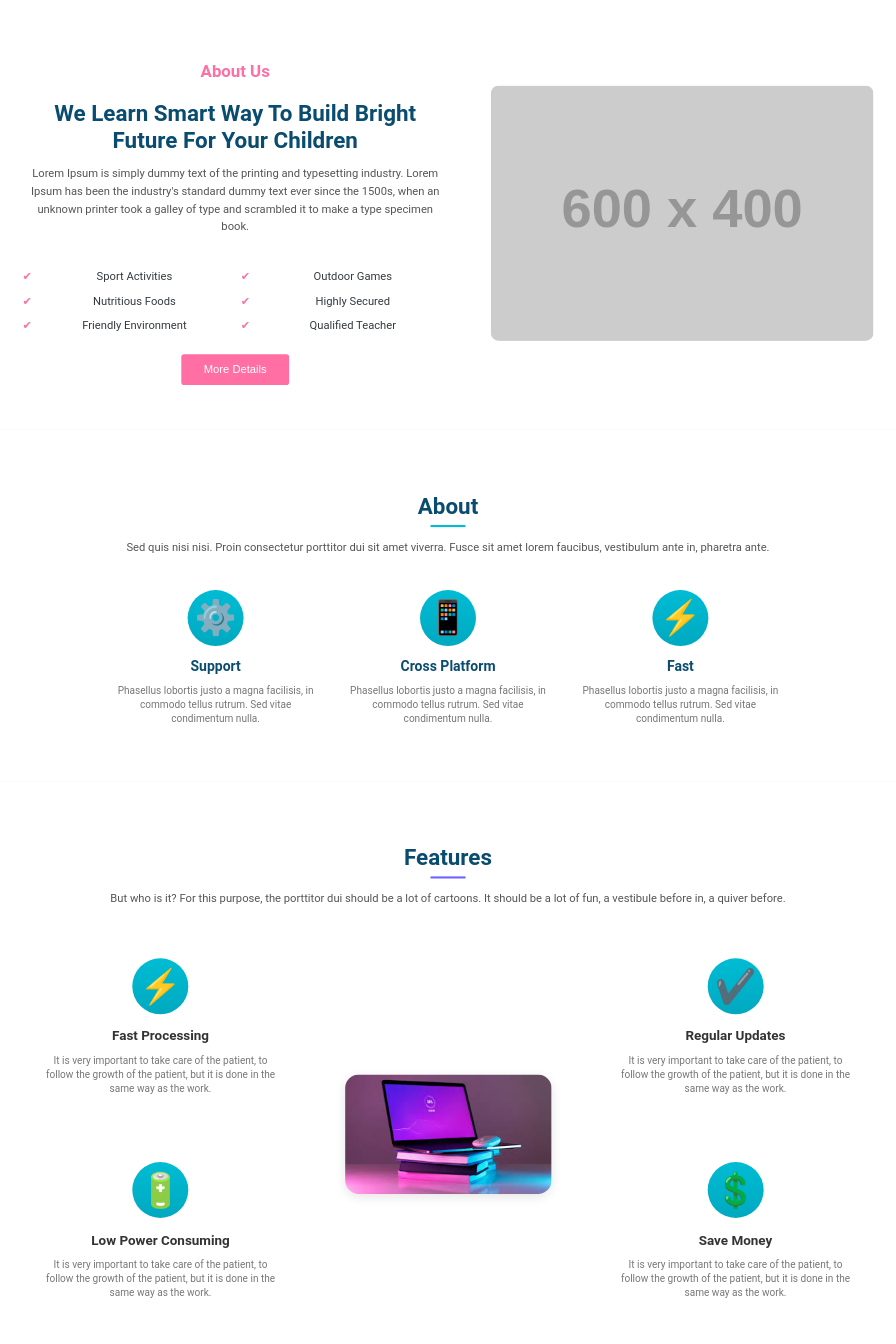
Repository: gautamsonam011/Institute
Page: /
An editor plug-in stored every save of this project. The page is shown before and after the next save, followed by the edit.
The browser window is 1280 px wide. The pictures show the part of the page from y = 0 to 1920 px (the page is 3487 px tall before and 3549 px after), at 70% of full size.
The project was rebuilt for these pictures with package versions that can differ from the ones it lists, and the page was loaded fresh each time. Also part of the build but not shown: vite.config.js, src/Header.jsx, src/Sidebar.jsx, src/Home.jsx, src/students/Addstudent.jsx, src/students/allstudent.css, src/students/Allstudents.jsx, src/Fee management/feehead.css and 9 more.

Above is the page before, as saved 2024-11-28 10:45:15.

### src/components/Last.jsx
import React from 'react'
import Navbar from './Navbar';
import Main from './Main';
import About from './About';
import Features from './Features';
import Team from './Team';
import Contact from './Contact'
import Footer from './Footer';

const Last = () => {
  return (
    <div>
      {/* <Navbar/> */}
      <Main/>
      <About/>
      <Features/>
      <Team/>
      <Contact/>
      <Footer/>
    </div>
  )
}

export default Last

### src/students/addstudent.css
.form-container {
    width: 96%;
    margin: auto;
    padding: 20px;
    border: 1px solid #ccc;
    border-radius: 10px;
    background-color: #e0f7fa;
    box-shadow: 0 4px 10px rgba(0, 0, 0, 0.1);
  }

  h2 {
    color: #047d8d;
    text-align: center;
    margin-bottom: 20px;
    font-size: 1.5rem;
  }

  .form-group {
    margin-bottom: 20px;
  }

  label {
    display: block;
    font-weight: bold;
    color: #047d8d;
    margin-bottom: 5px;
  }

  input, select, textarea {
    width: 98%;
    padding: 12px;
    margin-top: 5px;
    border: 1px solid #b0bec5;
    border-radius: 4px;
    font-size: 1rem;
    transition: border-color 0.3s;
  }

  input:focus, select:focus, textarea:focus {
    border-color: #047d8d;
    outline: none;
  }

  button {
    padding: 10px 20px;
    background-color: #047d8d;
    color: white;
    border: none;
    cursor: pointer;
    font-size: 16px;
  }

  button:active {
    background-color: #64bdc9;;
  }

### src/components/Main.jsx
import React from "react";
import "./main.css";

const AboutSection = () => {
  return (
    <div className="about-section">
      <div className="about-content">
        <h3 className="about-heading">About Us</h3>
        <h2 className="about-title">
          We Learn Smart Way To Build Bright Future For Your Children
        </h2>
        <p className="about-description">
          Lorem Ipsum is simply dummy text of the printing and typesetting
          industry. Lorem Ipsum has been the industry's standard dummy text
          ever since the 1500s, when an unknown printer took a galley of type
          and scrambled it to make a type specimen book.
        </p>
        <ul className="about-list">
          <li>Sport Activities</li>
          <li>Outdoor Games</li>
          <li>Nutritious Foods</li>
          <li>Highly Secured</li>
          <li>Friendly Environment</li>
          <li>Qualified Teacher</li>
        </ul>
        <button className="about-button">More Details</button>
      </div>
      <div className="about-image-container">
        <img
          src="https://via.placeholder.com/600x400" /* Replace with actual image URL */
          alt="Children learning"
          className="about-image"
        />
      </div>
    </div>
  );
};

export default AboutSection;

### src/components/About.jsx
import React from "react";
import "./about.css";

const About = () => {
  return (
    <section className="about-section" id="about">
      <div className="about-container">
        <h2 className="about-title">About</h2>
        <hr className="about-divider" />
        <p className="about-description">
          Sed quis nisi nisi. Proin consectetur porttitor dui sit amet viverra.
          Fusce sit amet lorem faucibus, vestibulum ante in, pharetra ante.
        </p>
        <div className="about-features">
          <div className="feature">
            <div className="feature-icon support-icon"></div>
            <h3>Support</h3>
            <p>
              Phasellus lobortis justo a magna facilisis, in commodo tellus
              rutrum. Sed vitae condimentum nulla.
            </p>
          </div>
          <div className="feature">
            <div className="feature-icon cross-platform-icon"></div>
            <h3>Cross Platform</h3>
            <p>
              Phasellus lobortis justo a magna facilisis, in commodo tellus
              rutrum. Sed vitae condimentum nulla.
            </p>
          </div>
          <div className="feature">
            <div className="feature-icon fast-icon"></div>
            <h3>Fast</h3>
            <p>
              Phasellus lobortis justo a magna facilisis, in commodo tellus
              rutrum. Sed vitae condimentum nulla.
            </p>
          </div>
        </div>
      </div>
    </section>
  );
};

export default About;

### src/components/Features.jsx
import React from "react";
import "./features.css";
import feature from '../assets/feature.jpeg'

const FeaturesPage = () => {
  const featuresLeft = [
    {
      title: "Fast Processing",
      description:
        "It is very important to take care of the patient, to follow the growth of the patient, but it is done in the same way as the work.",
      icon: "⚡",
    },
    {
      title: "Low Power Consuming",
      description:
        "It is very important to take care of the patient, to follow the growth of the patient, but it is done in the same way as the work.",
      icon: "🔋",
    },
  ];

  const featuresRight = [
    {
      title: "Regular Updates",
      description:
        "It is very important to take care of the patient, to follow the growth of the patient, but it is done in the same way as the work.",
      icon: "✔️",
    },
    {
      title: "Save Money",
      description:
        "It is very important to take care of the patient, to follow the growth of the patient, but it is done in the same way as the work.",
      icon: "💲",
    },
  ];

  return (
    <div className="features-section" id="features">
      <div className="features-container">
        <h2 className="features-title">Features</h2>
        <div className="features-divider"></div>
        <p className="features-description">
          But who is it? For this purpose, the porttitor dui should be a lot of
          cartoons. It should be a lot of fun, a vestibule before in, a quiver
          before.
        </p>

        <div className="features-content">
          <div className="features-column">
            {featuresLeft.map((feature, index) => (
              <div className="feature-card" key={index}>
                <div className="feature-icon">{feature.icon}</div>
                <h3 className="feature-title">{feature.title}</h3>
                <p className="feature-description">{feature.description}</p>
              </div>
            ))}
          </div>

          <div className="features-image">
            <img src={feature} alt="Mobile" />
          </div>

          <div className="features-column">
            {featuresRight.map((feature, index) => (
              <div className="feature-card" key={index}>
                <div className="feature-icon">{feature.icon}</div>
                <h3 className="feature-title">{feature.title}</h3>
                <p className="feature-description">{feature.description}</p>
              </div>
            ))}
          </div>
        </div>
      </div>
    </div>
  );
};

export default FeaturesPage;

### src/components/Team.jsx
import React from "react";
import "./team.css";
import user1 from '../assets/user1.jpg';
import user2 from '../assets/user2.jpg';
import user3 from '../assets/user3.jpg'

const OurTeam = () => {
  const teamMembers = [
    {
      name: "Jane Doe",
      image: user1, // Replace with the correct image path
      title: "Web Developer",
    },
    {
      name: "John Smith",
      image: user2, // Replace with the correct image path
      title: "UI/UX Designer",
    },
    {
      name: "Mike Johnson",
      image: user3, // Replace with the correct image path
      title: "Project Manager",
    },
  ];

  return (
    <section className="our-team">
      <div className="container">
        <h2 className="team-heading">Our Team</h2>
        <p className="team-description">
          Sed quis nisi nisi. Proin consectetur porttitor dui sit amet viverra. Fusce sit amet lorem faucibus, vestibulum ante in, pharetra ante.
        </p>
        <div className="team-members">
          {teamMembers.map((member, index) => (
            <div key={index} className="team-member">
              <img
                src={member.image}
                alt={member.name}
                className="team-member-img"
              />
              <h3 className="member-name">{member.name}</h3>
              <p className="member-title">{member.title}</p>
            </div>
          ))}
        </div>
      </div>
    </section>
  );
};

export default OurTeam;

### src/components/Contact.jsx
import React from "react";
import "./contact.css";

const ContactUs = () => {
  return (
    <section className="contact-us" id="contact">
      <div className="container">
        <h2 className="contact-heading">Contact us</h2>
        <p className="contact-description">
          Sed quis nisi nisi. Proin consectetur porttitor dui sit amet viverra. Fusce sit amet lorem faucibus, vestibulum ante in, pharetra ante.
        </p>
        <div className="contact-content">
          {/* Left: Contact Form */}
          <form className="contact-form">
            <div className="form-row">
              <input
                type="text"
                placeholder="Full Name"
                className="form-input"
              />
              <input type="email" placeholder="Email" className="form-input" />
            </div>
            <div className="form-row">
              <input type="text" placeholder="Subject" className="form-input" />
            </div>
            <div className="form-row">
              <textarea
                placeholder="Message"
                className="form-textarea"
              ></textarea>
            </div>
            <button type="submit" className="form-submit">
              SUBMIT
            </button>
          </form>
          {/* Right: Contact Info */}
          <div className="contact-info">
            <div className="info-box">
              <p>
                <strong>ADDRESS</strong>
                <br />
                New Delhi, India
              </p>
            </div>
            <div className="info-box">
              <p>
                <strong>PHONE</strong>
                <br />
                009900990099
              </p>
            </div>
            <div className="info-box">
              <p>
                <strong>E-MAIL</strong>
                <br />
                yogesh@gmail.com
              </p>
            </div>
            <div className="info-box">
              <p>
                <strong>WORKING HOURS</strong>
                <br />
                Mon-Fri 9.00 AM to 5.00 PM
              </p>
            </div>
          </div>
        </div>
      </div>
    </section>
  );
};

export default ContactUs;

### src/components/Footer.jsx
import React from "react";
import "./footer.css";

const Footer = () => {
  return (
    <footer className="footer">
      <div className="container">
        <div className="footer-content">
          {/* About Section */}
          <div className="footer-section">
            <h3>About Us</h3>
            <p>
              We provide excellent training services and certifications. Our goal is to help you grow professionally and achieve your career goals.
            </p>
          </div>
          {/* Quick Links */}
          <div className="footer-section">
            <h3>Quick Links</h3>
            <ul className="footer-links">
              <li><a href="#home">Home</a></li>
              <li><a href="#about">About</a></li>
              <li><a href="#features">Features</a></li>
              <li><a href="#contact">Contact</a></li>
            </ul>
          </div>
          {/* Contact Info */}
          <div className="footer-section">
            <h3>Contact Us</h3>
            <p>New Delhi, India</p>
            <p>Phone: 009900990099</p>
            <p>Email: info@example.com</p>
          </div>
        </div>
        {/* Social Media */}
        <div className="footer-social">
          <a href="#" className="social-icon">
            <i className="fab fa-facebook-f"></i>
          </a>
          <a href="#" className="social-icon">
            <i className="fab fa-twitter"></i>
          </a>
          <a href="#" className="social-icon">
            <i className="fab fa-instagram"></i>
          </a>
          <a href="#" className="social-icon">
            <i className="fab fa-linkedin-in"></i>
          </a>
        </div>
        {/* Footer Bottom */}
        <div className="footer-bottom">
          <p>© 2024 Your Company. All Rights Reserved.</p>
        </div>
      </div>
    </footer>
  );
};

export default Footer;

### src/components/main.css
/* About Section Styling */
.about-section {
  display: flex;
  align-items: center;
  justify-content: space-between;
  gap: 2rem;
  padding: 3rem;
  background-color: #fefefe;
  flex-wrap: wrap; /* Makes it responsive */
}

.about-content {
  max-width: 50%;
}

.about-heading {
  color: #ff6fa3;
  font-size: 1.5rem;
  font-weight: 600;
  margin-bottom: 1rem;
}

.about-title {
  font-size: 2.5rem;
  font-weight: 700;
  margin-bottom: 1.5rem;
  color: #343a40;
}

.about-description {
  font-size: 1rem;
  line-height: 1.8;
  margin-bottom: 1.5rem;
  color: #555;
}

.about-list {
  display: grid;
  grid-template-columns: repeat(2, 1fr);
  gap: 1rem;
  margin-bottom: 2rem;
  list-style: none;
  padding: 0;
}

.about-list li {
  font-size: 1rem;
  color: #343a40;
  position: relative;
  padding-left: 1.5rem;
}

.about-list li::before {
  content: "✔";
  position: absolute;
  left: 0;
  color: #ff6fa3;
}

.about-button {
  background-color: #ff6fa3;
  color: white;
  border: none;
  border-radius: 4px;
  padding: 0.8rem 2rem;
  font-size: 1rem;
  cursor: pointer;
}

.about-image-container {
  position: relative;
  max-width: 45%;
}

.about-image {
  width: 100%;
  border-radius: 12px;
}

/* .play-button {
  position: absolute;
  top: 50%;
  left: 50%;
  transform: translate(-50%, -50%);
  background-color: rgba(255, 255, 255, 0.8);
  border-radius: 50%;
  width: 70px;
  height: 70px;
  display: flex;
  align-items: center;
  justify-content: center;
  font-size: 1.5rem;
  color: #ff6fa3;
  cursor: pointer;
} */

/* Responsive Design */
@media (max-width: 768px) {
  .about-section {
    flex-direction: column;
    text-align: center;
    padding: 1.5rem;
  }

  .about-content {
    max-width: 100%;
  }

  .about-image-container {
    max-width: 100%;
  }
}

### src/components/about.css
.about-section {
    padding: 4rem 2rem;
    text-align: center;
    background-color: white;
  }

  .about-container {
    max-width: 1200px;
    margin: 0 auto;
  }

  .about-title {
    font-size: 2rem;
    color: #0a4c70;
    font-weight: bold;
    margin-bottom: 0.5rem;
  }

  .about-divider {
    width: 50px;
    height: 3px;
    background-color: #00bcd4;
    border: none;
    margin: 0.5rem auto;
  }

  .about-description {
    font-size: 1rem;
    color: #555;
    margin: 1rem 0 3rem;
    line-height: 1.6;
  }

  .about-features {
    display: flex;
    justify-content: center;
    gap: 2rem;
    flex-wrap: wrap;
  }

  .feature {
    text-align: center;
    max-width: 300px;
  }

  .feature-icon {
    width: 80px;
    height: 80px;
    margin: 0 auto 1rem;
    border-radius: 50%;
    background: linear-gradient(to bottom, #00bcd4, #00a9c0);
    display: flex;
    justify-content: center;
    align-items: center;
    font-size: 2rem;
    color: white;
    transition: transform 0.3s ease, background-color 0.3s ease;
  }

  .feature-icon:hover {
    transform: scale(1.2); /* Enlarges the icon on hover */
    background: linear-gradient(to bottom, #00a9c0, #00bcd4); /* Reverses the gradient */
    cursor: pointer;
  }

  .support-icon::before {
    content: "⚙️"; /* Replace with an actual image or icon if desired */
  }

  .cross-platform-icon::before {
    content: "📱"; /* Replace with an actual image or icon if desired */
  }

  .fast-icon::before {
    content: "⚡"; /* Replace with an actual image or icon if desired */
  }

  .feature h3 {
    font-size: 1.25rem;
    color: #0a4c70;
    margin: 0.5rem 0;
  }

  .feature p {
    font-size: 0.9rem;
    color: #777;
    line-height: 1.4;
  }

### src/components/features.css
.features-section {
    padding: 4rem 2rem;
    text-align: center;
    background-color: white;
  }

  .features-container {
    max-width: 1200px;
    margin: 0 auto;
  }

  .features-title {
    font-size: 2rem;
    color: #0a4c70;
    font-weight: bold;
    margin-bottom: 0.5rem;
  }

  .features-divider {
    width: 50px;
    height: 3px;
    background-color: #6c63ff;
    margin: 0.5rem auto 1rem;
  }

  .features-description {
    font-size: 1rem;
    color: #555;
    margin-bottom: 3rem;
    line-height: 1.6;
  }

  .features-content {
    display: flex;
    align-items: center;
    justify-content: space-between;
    gap: 2rem;
  }

  .features-column {
    display: flex;
    flex-direction: column;
    gap: 2rem;
    flex: 1;
  }

  .feature-card {
    text-align: center;
    padding: 1.5rem;
    /* border: 1px solid #ddd; */
    /* border-radius: 10px;
    background: #f9f9f9; */
    transition: transform 0.3s ease, box-shadow 0.3s ease;
  }

  .feature-card:hover {
    transform: translateY(-10px);
    box-shadow: 0 8px 20px rgba(0, 0, 0, 0.15);
  }

  .feature-icon {
    font-size: 3rem;
    color: #6c63ff;
    margin-bottom: 1rem;
  }

  .feature-title {
    font-size: 1.2rem;
    color: #333;
    font-weight: bold;
    margin-bottom: 0.5rem;
  }

  .feature-description {
    font-size: 0.9rem;
    color: #777;
    line-height: 1.4;
  }

  .features-image {
    flex: 1;
    display: flex;
    justify-content: center;
    align-items: center;
  }

  .features-image img {
    max-width: 100%;
    height: auto;
    border-radius: 20px;
    box-shadow: 0 4px 15px rgba(0, 0, 0, 0.1);
  }

### src/components/team.css
.our-team {
    text-align: center;
    padding: 50px 20px;
    background-color: #f9f9f9;
  }

  .team-heading {
    font-size: 2rem;
    color: #0a4c70;
    font-weight: bold;
    margin-bottom: 20px;
  }

  .team-description {
    color: #555;
    font-size: 1rem;
    margin-bottom: 40px;
  }

  .team-members {
    display: flex;
    justify-content: center;
    gap: 60px; /* Increased gap between images */
    flex-wrap: wrap;
  }

  .team-member {
    max-width: 250px; /* Allows for a larger size */
    text-align: center;
  }

  .team-member-img {
    width: 150px; /* Larger circle size */
    height: 150px; /* Match width for a perfect circle */
    border-radius: 50%;
    object-fit: cover;
    margin-bottom: 15px;
    border: 3px solid #ddd; /* Optional: Add a border for better appearance */
  }

  .member-name {
    font-size: 1rem;
    font-weight: bold;
    color: #333;
    margin-top: 10px;
  }

  .member-title {
    font-size: 0.9rem;
    color: #777;
  }

### src/components/contact.css
.contact-us {
    text-align: center;
    padding: 70px 40px;
    background-color: #f9f9f9;
  }

  .contact-heading {
    font-size: 2rem;
    color: #0a4c70;
    font-weight: bold;
    margin-bottom: 10px;
  }

  .contact-description {
    color: #555;
    font-size: 1rem;
    margin-bottom: 40px;
  }

  .contact-content {
    display: flex;
    justify-content: space-between;
    gap: 20px;
    flex-wrap: wrap;
    max-width: 1200px; /* Restrict max width */
    margin: 0 auto; /* Center content horizontally */
  }

  .contact-form {
    flex: 1;
    max-width: 60%;
  }

  .contact-info {
    flex: 1;
    max-width: 30%;
    background: #e0f7fa;
    padding: 20px;
    border-radius: 10px;
  }

  .form-row {
    display: flex;
    gap: 10px;
    margin-bottom: 15px;
  }

  .form-input {
    width: 100%;
    padding: 10px;
    border: 1px solid #ddd;
    border-radius: 25px;
  }

  .form-textarea {
    width: 100%;
    padding: 10px;
    height: 100px;
    border: 1px solid #ddd;
    border-radius: 5px;
  }

  .form-submit {
    width: 100%;
    padding: 10px;
    background: #0a4c70;
    color: white;
    border: none;
    border-radius: 5px;
    cursor: pointer;
    font-weight: bold;
  }

  .info-box {
    text-align: left;
    margin-bottom: 15px;
  }

  .info-box p {
    margin: 0;
    color: #333;
  }

  .info-box strong {
    display: block;
    margin-bottom: 5px;
    color: #0a4c70;
  }

### src/components/footer.css
.footer {
    background-color: #0a4c70;
    color: white;
    padding: 40px 20px;
    text-align: center;
  }

  .container {
    max-width: 1200px;
    margin: 0 auto;
  }

  .footer-content {
    display: flex;
    justify-content: space-between;
    flex-wrap: wrap;
    margin-bottom: 20px;
  }

  .footer-section {
    flex: 1;
    min-width: 200px;
    margin: 10px;
  }

  .footer-section h3 {
    font-size: 1.2rem;
    margin-bottom: 10px;
    color: #e0f7fa;
  }

  .footer-section p,
  .footer-section a {
    font-size: 0.9rem;
    color: white;
    line-height: 1.6;
  }

  .footer-section a {
    text-decoration: none;
    color: #e0f7fa;
  }

  .footer-section a:hover {
    text-decoration: underline;
  }

  .footer-links {
    list-style: none;
    padding: 0;
  }

  .footer-links li {
    margin-bottom: 8px;
  }

  .footer-links a {
    color: white;
    text-decoration: none;
  }

  .footer-links a:hover {
    text-decoration: underline;
  }

  .footer-social {
    margin: 20px 0;
  }

  .social-icon {
    margin: 0 10px;
    font-size: 1.2rem;
    color: white;
    text-decoration: none;
  }

  .social-icon:hover {
    color: #e0f7fa;
  }

  .footer-bottom {
    border-top: 1px solid #e0f7fa;
    padding-top: 10px;
    font-size: 0.8rem;
    color: #e0f7fa;
  }

### src/components/navbar.css
/* Navbar styles */
.navbar {
  display: flex;
  justify-content: space-between;
  align-items: center;
  padding: 10px 20px;
  background-color: #f3f0f0;
}

.navbar .logo img {
  width: 50px;
}

.navbar .nav-links {
  display: flex;
  gap: 20px;
}

.navbar .nav-links ul {
  list-style: none;
  margin: 0;
  padding: 0;
  display: flex;
}

.navbar .nav-links li a {
  color: rgb(2, 2, 2);
  text-decoration: none;
  padding: 10px 20px;
}

.navbar .hamburger {
  display: none;
  cursor: pointer;
}

.navbar .hamburger .bar {
  width: 25px;
  height: 4px;
  background-color: rgb(14, 13, 13);
  margin: 5px;
  transition: all 0.3s;
}

/* Show the hamburger icon on small screens */
@media (max-width: 768px) {
  .navbar .nav-links {
    display: none;
    width: 100%;
    flex-direction: column;
    align-items: center;
    position: absolute;
    top: 60px;
    left: 0;
    background-color: #333;
    z-index: 100;
  }

  .navbar .nav-links.active {
    display: flex;
  }

  .navbar .hamburger {
    display: block;
  }

  .navbar .hamburger.active .bar:nth-child(1) {
    transform: rotate(45deg);
    position: relative;
    top: 9px;
  }

  .navbar .hamburger.active .bar:nth-child(2) {
    opacity: 0;
  }

  .navbar .hamburger.active .bar:nth-child(3) {
    transform: rotate(-45deg);
    position: relative;
    top: -9px;
  }
}

Loaded but not shown: index.html (common file); src/main.jsx (common file); src/App.css (268 lines, source omitted); src/components/Navbar.jsx (119 lines, source omitted); src/App.jsx (72 lines, source omitted)

After the next save:
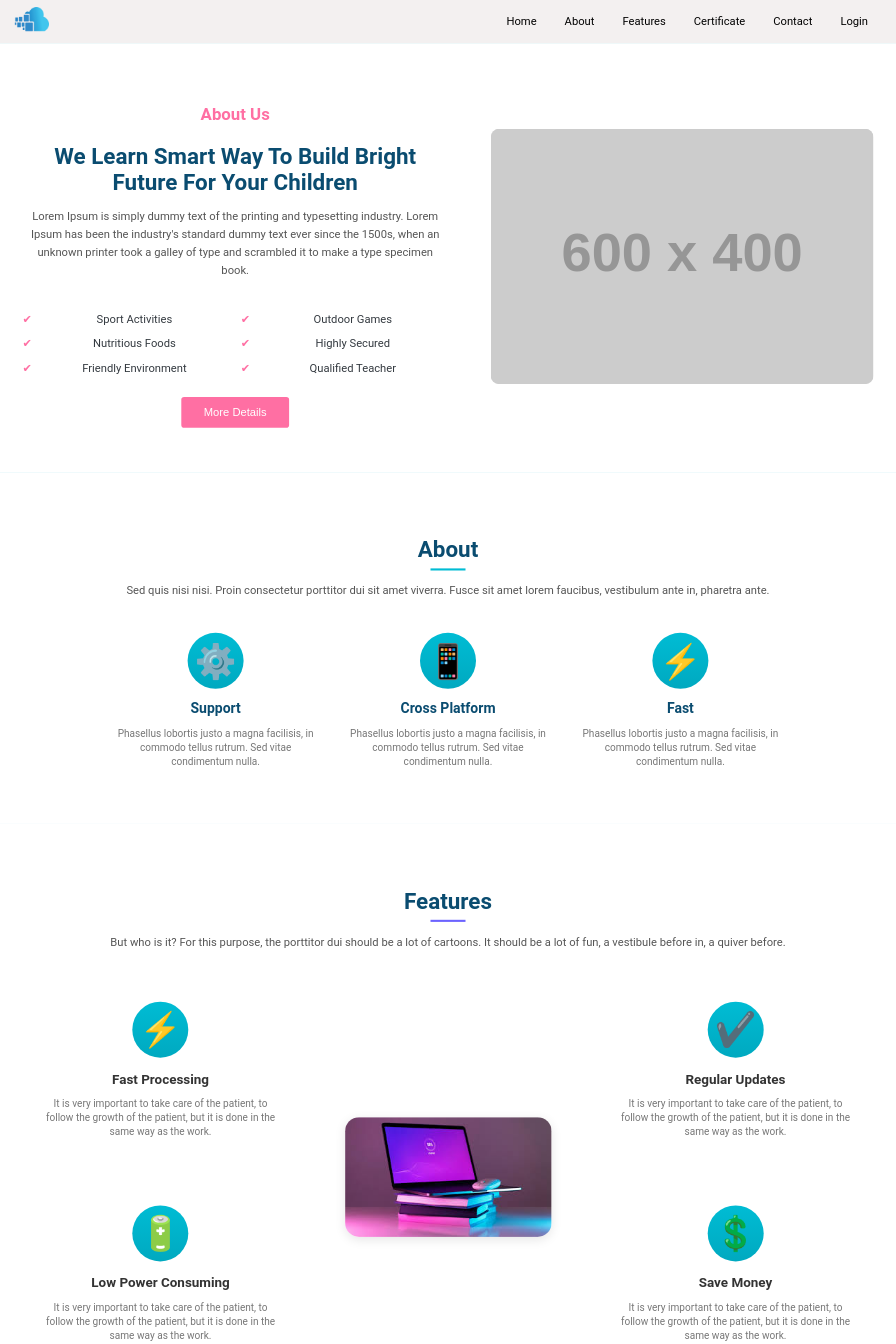
Saved 26 s later.
--- a/src/components/Last.jsx
+++ b/src/components/Last.jsx
@@ -10,7 +10,7 @@ import Footer from './Footer';
 const Last = () => {
   return (
     <div>
-      {/* <Navbar/> */}
+      <Navbar/>
       <Main/>
       <About/>
       <Features/>
